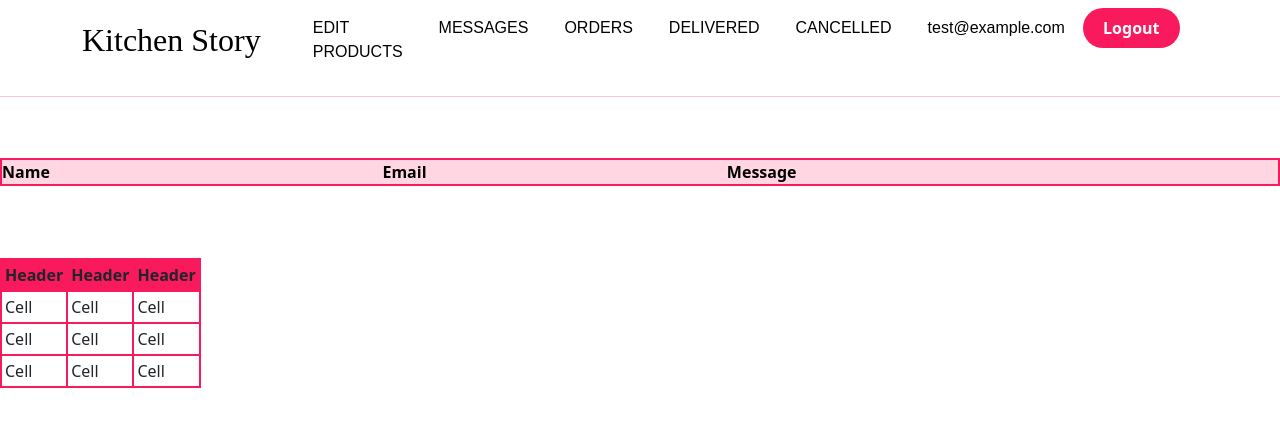
Repository: manishmachha/project-kitchenStory
Page: http://localhost/Phase_4_Kitchen_Story/admin/messages.jsp
The author's editor kept a copy of each file at every save. The page is drawn from the files as they stood at one save, then again after the next save.
The browser window is 1280 px wide. The pictures show the whole page.
Some web fonts or font styles are not loaded; a fallback is used. Some web libraries are served in a nearby version. The page is served by Tomcat 10. The session is filled in as if someone had signed in: {"email": "test@example.com"}. Queries for data that is not in the repository find no rows.

Above is the page before, as saved 2022-03-11 06:39:45.

After the next save:
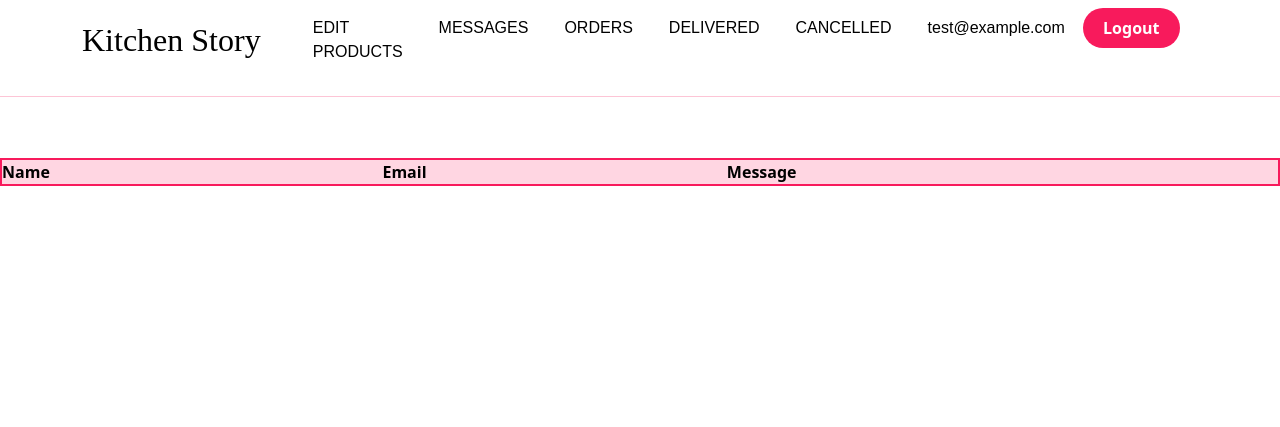
Saved 25 s later.
--- a/Phase 4 Kitchen Story/src/main/webapp/admin/messages.jsp
+++ b/Phase 4 Kitchen Story/src/main/webapp/admin/messages.jsp
@@ -70,54 +70,3 @@ System.out.println (e) ;
 
 </body>
 </html>
-
-
-
-
-
-
-
-
-
-
-
-
-
-
-
-
-
-
-
-
-
-
-
-<!-- HTML Code: Place this code in the document's body (between the 'body' tags) where the table should appear -->
-<table class="GeneratedTable">
-  <thead>
-    <tr>
-      <th>Header</th>
-      <th>Header</th>
-      <th>Header</th>
-    </tr>
-  </thead>
-  <tbody>
-    <tr>
-      <td>Cell</td>
-      <td>Cell</td>
-      <td>Cell</td>
-    </tr>
-    <tr>
-      <td>Cell</td>
-      <td>Cell</td>
-      <td>Cell</td>
-    </tr>
-    <tr>
-      <td>Cell</td>
-      <td>Cell</td>
-      <td>Cell</td>
-    </tr>
-  </tbody>
-</table>
-<!-- Codes by Quackit.com -->
